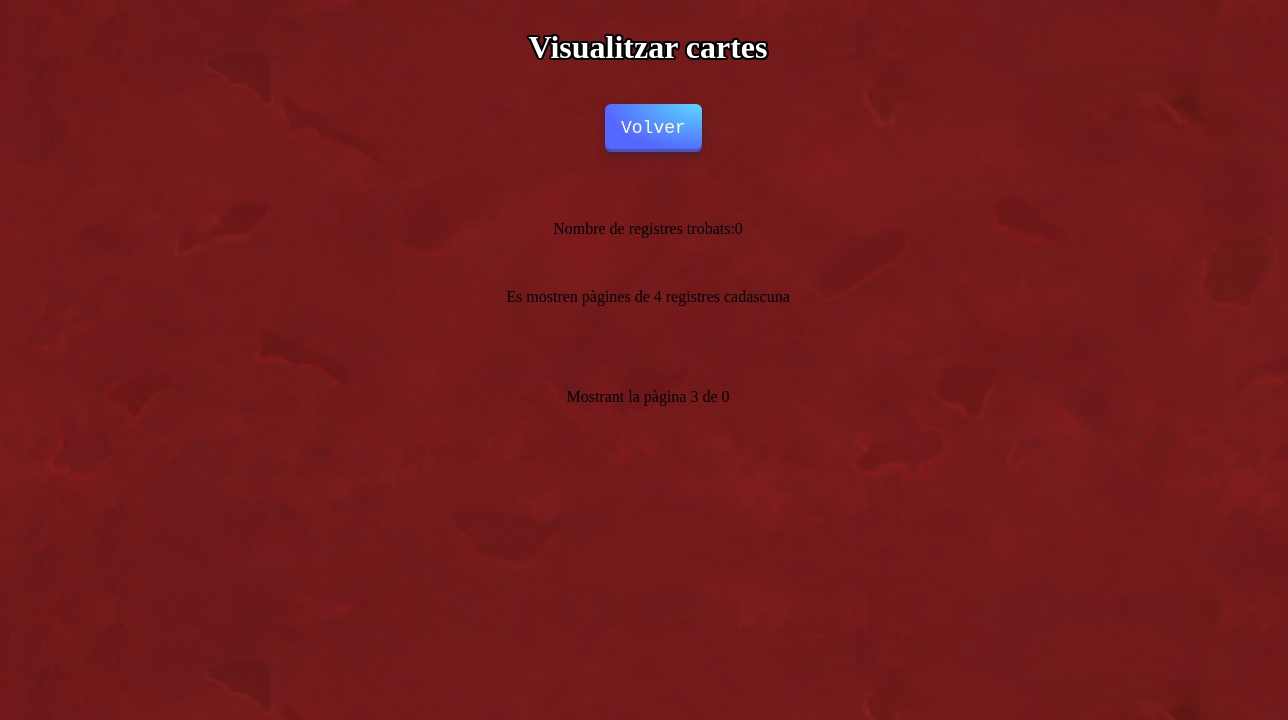
Repository: azumay/Juego-Cartas-RPG
Page: http://localhost/Prueba/verCartas.jsp
The author's editor kept a copy of each file at every save. The page is drawn from the files as they stood at one save, then again after the next save.
The browser window is 1280 px wide. The page is 1288 px wide, so the pictures cover 1288 px, including what lies to the right of the window. The pictures show the whole page.
The page is served by Tomcat 9. Queries for data that is not in the repository find no rows.

Above is the page before, as saved 2022-02-20 18:02:28.

### Prueba/src/main/webapp/verCartas.jsp
<%@ page import="java.util.Arrays,java.util.List"%>
<%@ page import="java.sql.*" %>
<%@ page language="java" contentType="text/html; charset=UTF-8" pageEncoding="UTF-8"%>
<!DOCTYPE html>
<html>
<head>
<link rel="icon" type="image/x-icon" href="img/orco.ico">
<meta charset="US-ASCII">
<link rel="stylesheet" href="Estilos/estilosCartaRandom.css">
<title>Rpg Card Generator</title>

</head>
<h1 class="titol">Visualitzar cartes</h1>
 <ul class="breadcrumb">
 <a href='index.jsp'>
  <button class="button-29" role="button">Volver</button>
  </a>

</ul>
<br><br>
<%//  variables per fer la connexio:
	 String user="m8";
	String password="yamuza";
	String host="localhost";
	String db = "cartas_m8";
	String url = "jdbc:mysql://"+host+"/"+db;
	Connection conn = null;
	Statement statement = null;
	Statement num_registres=null;
	ResultSet rs = null;
	ResultSet num_reg=null;
	int inicio;

	//Limito la busqueda
	int TAMANO_PAGINA = 4;

	//examino la página a mostrar y el inicio del registro a mostrar
	String pag = request.getParameter("pagina");
	int pagina=3;
	if (pagina==0) {
	   	inicio = 0;
	    pagina=1;
	}
	else {
	    inicio = (pagina - 1) * TAMANO_PAGINA;
	}

	/**
	//miro a ver el número total de campos que hay en la tabla con esa búsqueda
**/
Class.forName("com.mysql.jdbc.Driver").newInstance ();
conn = DriverManager.getConnection(url, user, password);
num_registres = conn.createStatement();
//inmediatamente hacemos una consulta sencilla
//creamos la consulta
num_reg = num_registres.executeQuery("SELECT * FROM Cartas;");
int num_total_registros=0;
while(num_reg.next()) {
	num_total_registros++;
}

//calculo el total de páginas
int total_paginas = (int)Math.ceil(((double)num_total_registros/ TAMANO_PAGINA));

//pongo el número de registros total, el tamaño de página y la página que se muestra

out.print("<p class='resultado'>Nombre de registres trobats:"+num_total_registros+"</p><br>");
out.print("<p class='resultado'>Es mostren pàgines de "+TAMANO_PAGINA+" registres cadascuna<p><br>");
out.print("<p class='resultado'>Mostrant la pàgina "+pagina+" de "+total_paginas+"</p><br>");




//out.print("<a href=VisualitzarCartes.jsp?pagina=2>"+2+"</a> ");
if (total_paginas > 1){
    for (int i=1;i<=total_paginas;i++){
       if (pagina == i)
          //si muestro el índice de la página actual, no coloco enlace
          out.print(pagina);
       else
          //si el índice no corresponde con la página mostrada actualmente, coloco el enlace para ir a esa página
          out.print(" <a href=VisualitzarCartes.jsp?pagina="+i+">"+i+"</a> ");
    }
}
out.print("<br><br>");
try{

	Class.forName("com.mysql.jdbc.Driver").newInstance ();
	conn = DriverManager.getConnection(url, user, password);
	statement = conn.createStatement();
	//inmediatamente hacemos una consulta sencilla
	//creamos la consulta
	String sentence="SELECT * from Carta limit "+inicio+","+TAMANO_PAGINA;
	rs = statement.executeQuery(sentence);
	//leemos la consulta
	while(rs.next()) {
	//mostramos los resultados obtenidos
	//out.println(rs.getString("ID_carta"));
	//String nom=request.getParameter("nom");
	out.print(rs.getString("NOM_carta"));%>

	<br>
	race:<%out.print(rs.getString("RACE_carta")); %><br>
	FUE:<%out.print(rs.getString("FUE_carta")); %><br>
	DES:<%out.print(rs.getString("DES_carta")); %><br>
	CON:<%out.print(rs.getString("CON_carta")); %><br>
	INT:<%out.print(rs.getString("INT_carta")); %><br>
	SAB:<%out.print(rs.getString("SAB_carta")); %><br>
	CAR:<%out.print(rs.getString("CAR_carta")); %><br>
	PV:<%out.print(rs.getString("PV_carta")); %><br>
	<table width="<%out.print(rs.getString("PV_carta")); %>" bgcolor="red"><tr><td></td></tr></table>
	PM:<%out.print(rs.getString("PM_carta")); %><br>
	<table width="<%out.print(rs.getString("PM_carta")); %>" bgcolor="blue"><tr><td></td></tr></table>
	<br>
	<img src="img/<%out.print(rs.getString("PIC_carta")); %>.png" height="100" width="80">
	<br>
<%
	}
	//cerramos la conexión
	rs.close();
	}catch(SQLException error) {
	out.print("Error de Conexión : "+error.toString());
	}



	%>

### Prueba/src/main/webapp/Estilos/estilosCartaRandom.css
@charset "UTF-8";

/* ESTILOS VERCARTAS.JSP */
.titol{
	color: rgb(255, 255, 255);
	text-shadow: rgb(0, 0, 0) 2px 0px 0px, rgb(0, 0, 0) 1.75517px 0.95885px
		0px, rgb(0, 0, 0) 1.0806px 1.68294px 0px, rgb(0, 0, 0) 0.14147px
		1.99499px 0px, rgb(0, 0, 0) -0.83229px 1.81859px 0px, rgb(0, 0, 0)
		-1.60229px 1.19694px 0px, rgb(0, 0, 0) -1.97998px 0.28224px 0px,
		rgb(0, 0, 0) -1.87291px -0.70157px 0px, rgb(0, 0, 0) -1.30729px
		-1.5136px 0px, rgb(0, 0, 0) -0.42159px -1.95506px 0px, rgb(0, 0, 0)
		0.56732px -1.91785px 0px, rgb(0, 0, 0) 1.41734px -1.41108px 0px,
		rgb(0, 0, 0) 1.92034px -0.55883px 0px;
}

/* ESTILOS GENERALES */
body {
	background-image: url("../img/fondo-creacion-cartas.jpg");
	background-size: cover;
	display: flex;
	-moz-box-pack: start;
	justify-content: flex-start;
	flex-direction: column;
	-moz-box-align: center;
	align-items: center;
	position: relative;
	padding-bottom: 125px;
	width: 100%;
	overflow: hidden;
}
/* ESTILOS CASRTARANDOM.JSP */
.demo {
	border: 1px solid #C0C0C0;
	border-collapse: collapse;
	padding: 5px;
	background-color: white;
}

.demo th {
	border: 1px solid #C0C0C0;
	padding: 25px;
	background: #F0F0F0;
}

.demo td {
	border: 1px solid #C0C0C0;
	padding: 5px;
	padding: 25px;
}

a {
	margin-right: 30px;
}
.botones-control{
	margin: 0px 40px 10px 0px;
}
.copy{
	color: rgb(255, 255, 255);
	text-shadow: rgb(0, 0, 0) 2px 0px 0px, rgb(0, 0, 0) 1.75517px 0.95885px
		0px, rgb(0, 0, 0) 1.0806px 1.68294px 0px, rgb(0, 0, 0) 0.14147px
		1.99499px 0px, rgb(0, 0, 0) -0.83229px 1.81859px 0px, rgb(0, 0, 0)
		-1.60229px 1.19694px 0px, rgb(0, 0, 0) -1.97998px 0.28224px 0px,
		rgb(0, 0, 0) -1.87291px -0.70157px 0px, rgb(0, 0, 0) -1.30729px
		-1.5136px 0px, rgb(0, 0, 0) -0.42159px -1.95506px 0px, rgb(0, 0, 0)
		0.56732px -1.91785px 0px, rgb(0, 0, 0) 1.41734px -1.41108px 0px,
		rgb(0, 0, 0) 1.92034px -0.55883px 0px;
}
.titulo-cabecera h2 {
	color: rgb(255, 255, 255);
	text-shadow: rgb(0, 0, 0) 2px 0px 0px, rgb(0, 0, 0) 1.75517px 0.95885px
		0px, rgb(0, 0, 0) 1.0806px 1.68294px 0px, rgb(0, 0, 0) 0.14147px
		1.99499px 0px, rgb(0, 0, 0) -0.83229px 1.81859px 0px, rgb(0, 0, 0)
		-1.60229px 1.19694px 0px, rgb(0, 0, 0) -1.97998px 0.28224px 0px,
		rgb(0, 0, 0) -1.87291px -0.70157px 0px, rgb(0, 0, 0) -1.30729px
		-1.5136px 0px, rgb(0, 0, 0) -0.42159px -1.95506px 0px, rgb(0, 0, 0)
		0.56732px -1.91785px 0px, rgb(0, 0, 0) 1.41734px -1.41108px 0px,
		rgb(0, 0, 0) 1.92034px -0.55883px 0px;
	position: relative;
	z-index: 1;
	width: 100%;
	margin-top: 35px;
}

.titulo-cabecera {
	margin: 10px 0 55px;
    width: 550px;
    position: relative;
    text-align: center;
    display: flex;
    -moz-box-pack: center;
    justify-content: center;
    -moz-box-align: center;
    align-items: center;
    z-index: 1;
}

.titulo-cabecera img {
	position: absolute;
	top: 0px;
	left: 0px;
	width: 100%;
	max-width: 100%;
}
/* CSS BOTONES */

a:link, a:visited, a:active {
    text-decoration:none;
}
.button-29 {
	align-items: center;
	appearance: none;
	background-image: radial-gradient(100% 100% at 100% 0, #5adaff 0, #5468ff 100%);
	border: 0;
	border-radius: 6px;
	box-shadow: rgba(45, 35, 66, .4) 0 2px 4px, rgba(45, 35, 66, .3) 0 7px
		13px -3px, rgba(58, 65, 111, .5) 0 -3px 0 inset;
	box-sizing: border-box;
	color: #fff;
	cursor: pointer;
	display: inline-flex;
	font-family: "JetBrains Mono", monospace;
	height: 48px;
	justify-content: center;
	line-height: 1;
	list-style: none;
	overflow: hidden;
	padding-left: 16px;
	padding-right: 16px;
	position: relative;
	text-align: left;
	text-decoration: none;
	transition: box-shadow .15s, transform .15s;
	user-select: none;
	-webkit-user-select: none;
	touch-action: manipulation;
	white-space: nowrap;
	will-change: box-shadow, transform;
	font-size: 18px;
}

.button-29:focus {
	box-shadow: #3c4fe0 0 0 0 1.5px inset, rgba(45, 35, 66, .4) 0 2px 4px,
		rgba(45, 35, 66, .3) 0 7px 13px -3px, #3c4fe0 0 -3px 0 inset;
}

.button-29:hover {
	box-shadow: rgba(45, 35, 66, .4) 0 4px 8px, rgba(45, 35, 66, .3) 0 7px
		13px -3px, #3c4fe0 0 -3px 0 inset;
	transform: translateY(-2px);
}

.button-29:active {
	box-shadow: #3c4fe0 0 3px 7px inset;
	transform: translateY(2px);
}

After the next save:
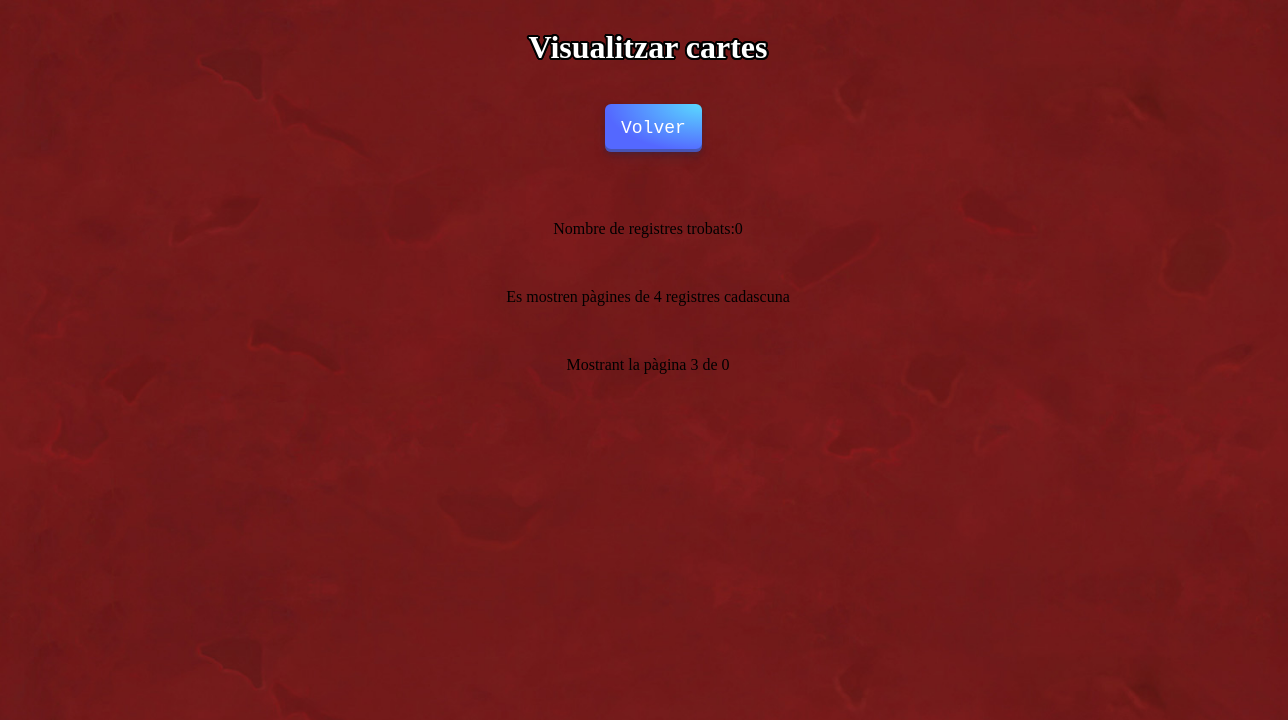
Saved 4 s later.
--- a/Prueba/src/main/webapp/verCartas.jsp
+++ b/Prueba/src/main/webapp/verCartas.jsp
@@ -65,7 +65,7 @@
 //pongo el número de registros total, el tamaño de página y la página que se muestra
 
 out.print("<p class='resultado'>Nombre de registres trobats:"+num_total_registros+"</p><br>");
-out.print("<p class='resultado'>Es mostren pàgines de "+TAMANO_PAGINA+" registres cadascuna<p><br>");
+out.print("<p class='resultado'>Es mostren pàgines de "+TAMANO_PAGINA+" registres cadascuna</p><br>");
 out.print("<p class='resultado'>Mostrant la pàgina "+pagina+" de "+total_paginas+"</p><br>");
 
 
